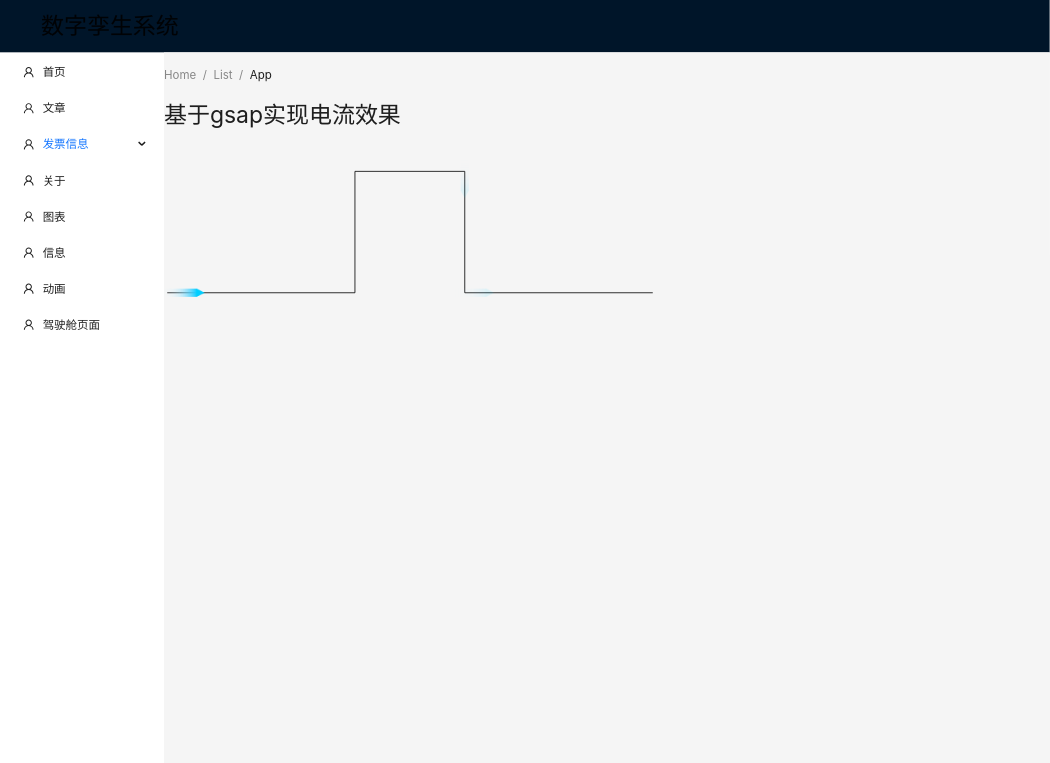
Repository: HailiePan/webpack-react-practice
Page: /animation
An editor plug-in stored every save of this project. The page is shown before and after the next save, followed by the edit.
The browser window is 1280 px wide. The pictures show the whole page, at 82% of full size.
The project was rebuilt for these pictures with package versions that can differ from the ones it lists, and the page was loaded fresh each time. Also part of the build but not shown: src/pages/Animation/component/ScrollAnimation/index.jsx, src/pages/Home.jsx, src/pages/Invoices/index.jsx, src/pages/Invoices/Invoice.jsx, src/pages/Invoices/Pending.jsx, src/pages/Invoices/Complete.jsx, src/components/CommonBox/index.less, src/components/CommonBox/index.jsx and 25 more.

Above is the page before, as saved 2024-01-24 17:40:32.

After the next save:
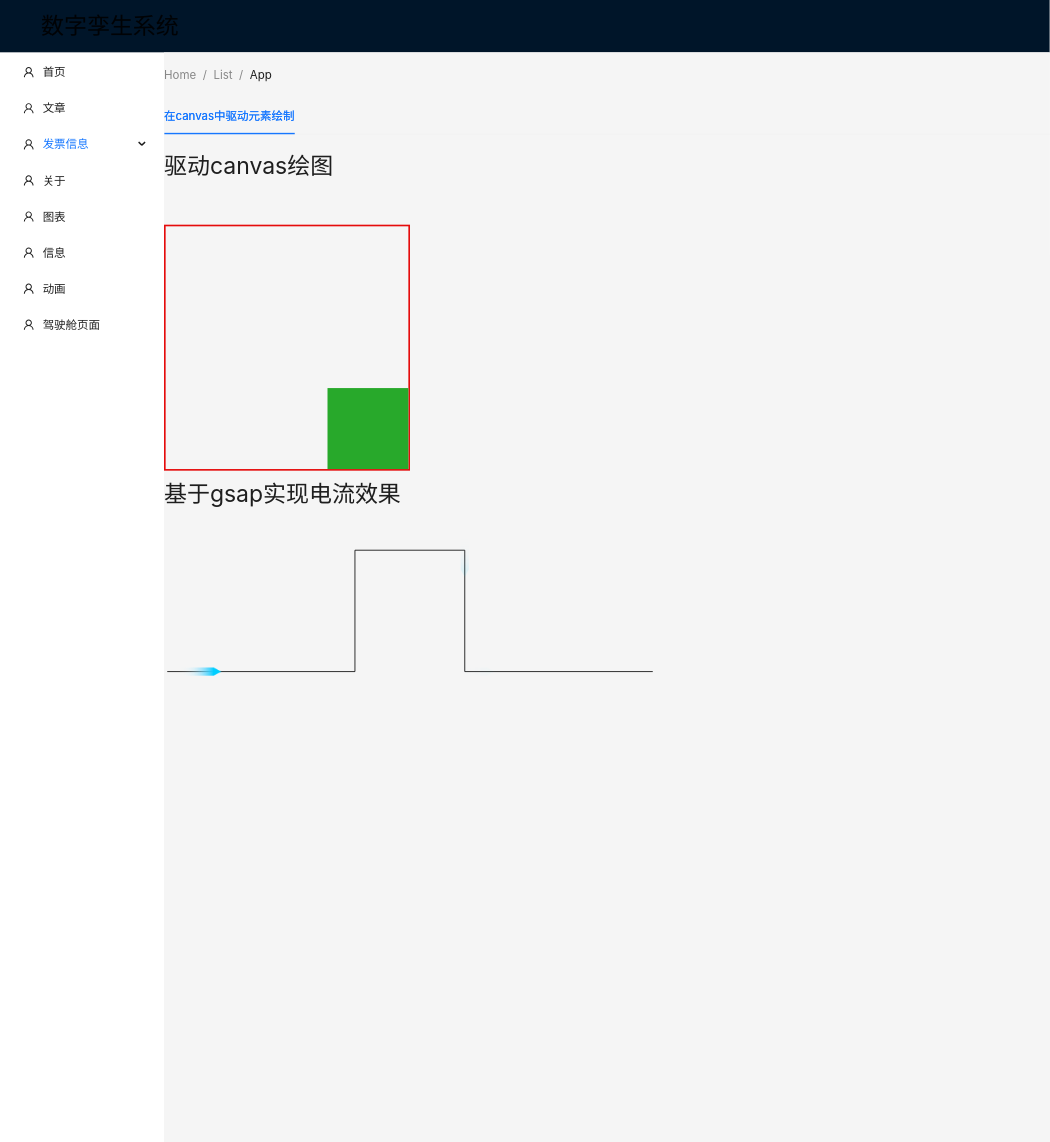
Saved 14 min 57 s later.
--- a/src/pages/Animation/index.jsx
+++ b/src/pages/Animation/index.jsx
@@ -2,11 +2,12 @@
  * @Author: Hailie.Pan
  * @Date: 2024-01-11 10:41:16
  * @LastEditors: Hailie.Pan
- * @LastEditTime: 2024-01-24 15:25:22
+ * @LastEditTime: 2024-01-24 17:55:29
  * @Description:
  */
 import React, { useRef, useEffect, useState } from 'react';
 import { gsap } from 'gsap';
+import { Tabs } from 'antd';
 import { ScrollTrigger } from 'gsap/ScrollTrigger.js';
 import MoveBox from './component/MoveBox';
 import MoveOnPath from './component/MoveOnPath';
@@ -41,6 +42,15 @@ export default function Animation() {
 
   return (
     <div className={styles.wrap}>
+      <Tabs
+        items={[
+          {
+            key: '1',
+            label: '在canvas中驱动元素绘制',
+            children: <CanvasDraw />
+          }
+        ]}
+      />
       {/* <MoveBox /> */}
 
       {/* 在canvas中驱动元素绘制 */}
